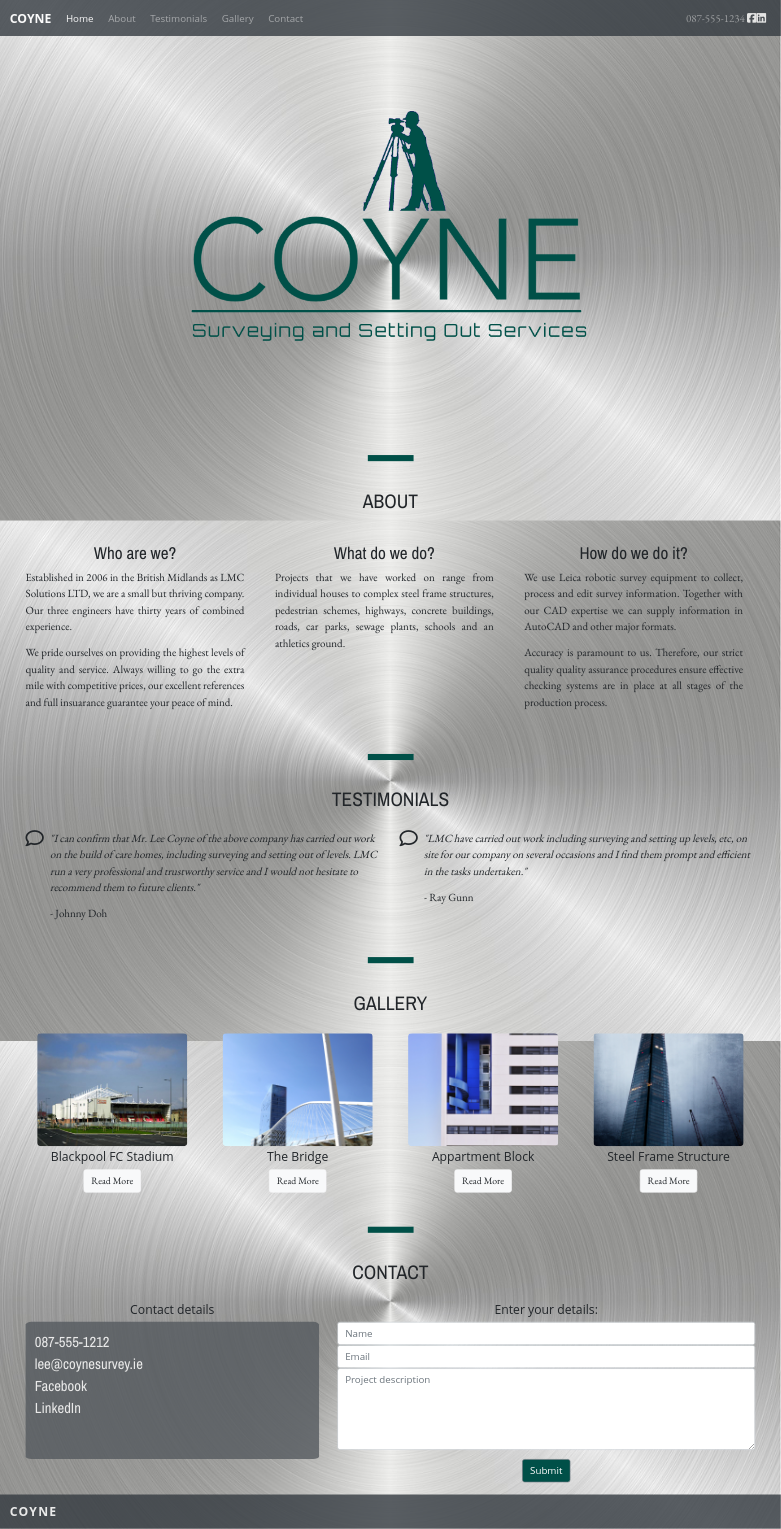
Repository: Leo-Cullen/first-milestone-project
Page: index.html
The author's editor kept a record of every edit. The page is drawn from the files as they stood at one moment, then again after the next edit.
The browser window is 1280 px wide. The pictures show the whole page, at 61% of full size.
Backgrounds fixed to the window are drawn as part of the page. Some web libraries are served in a nearby version.

Above is the page before.

### index.html
<!DOCTYPE html>
<html lang="en">

<head>
    <meta charset="UTF-8">
    <meta name="viewport" content="width=device-width, initial-scale=1.0">
    <meta http-equiv="X-UA-Compatible" content="ie=edge">
    <link rel="stylesheet" href="https://stackpath.bootstrapcdn.com/bootstrap/4.3.1/css/bootstrap.min.css" integrity="sha384-ggOyR0iXCbMQv3Xipma34MD+dH/1fQ784/j6cY/iJTQUOhcWr7x9JvoRxT2MZw1T" crossorigin="anonymous">
    <link href="https://fonts.googleapis.com/css?family=Archivo+Narrow|EB+Garamond&display=swap" rel="stylesheet">
    <link rel="stylesheet" href="assets/css/style.css" type="text/css" />
    <title>Coyne | Surveying and setting out services</title>
    <script src="https://kit.fontawesome.com/c525f812d6.js"></script>
</head>

<body>

    <nav class="navbar top-navbar navbar-expand-sm navbar-dark bg-dark fixed-top">
        <a class="navbar-brand" href="#"> COYNE </a>

        <button class="navbar-toggler" type="button" data-toggle="collapse" data-target="#navbarNav" aria-controls="navbarNav" aria-expanded="false" aria-label="Toggle navigation">
            <span class="navbar-toggler-icon"></span>
        </button>
        <div class="collapse navbar-collapse" id="navbarNav">
            <ul class="navbar-nav mr-auto">
                <li class="nav-item active">
                    <a class="active nav-link mr-2" href="#">Home <span class="sr-only">(current)</span></a>
                </li>
                <li class="nav-item mr-2">
                    <a class="nav-link" href="#about">About</a>
                </li>
                <li class="nav-item mr-2">
                    <a class="nav-link" href="#testimonials">Testimonials</a>
                </li>
                <li class="nav-item mr-2">
                    <a class="nav-link" href="#gallery-anchor">Gallery</a>
                </li>
                <li class="nav-item mr-2">
                    <a class="nav-link" href="#contact">Contact</a>
                </li>
            </ul>
            <div class="d-none d-md-block">
                <p class="navbar-text my-auto mr-2">087-555-1234 <i class="fab fa-facebook-square icon"></i><i class="fab fa-linkedin icon"></i></p>
            </div>
        </div>
    </nav>

    <div class="container-fluid  splash-container">
        <div class="row">
            <div class="col-12">
                <section class="splash jumbotron">
                    <img src="assets/images/coyne-logo.png" width="100%" height="100%" style="margin-top:100px" />
                    <!--  -->
                </section>
            </div>
        </div>
    </div>

    <div class="container-fluid about-container content-container">
        <!-- About section -->
        <hr id="about" />
        <section class="about-section">
            <div class="row">
                <div class="col-12 page-header">
                    <h2 class="text-uppercase section-heading">About</h2>
                </div>
            </div>
            <div class="row">
                <div class="col-12 col-md-6 col-lg-4">
                    <div class="about-col">
                        <h3 class="about-heading">Who are we?</h3>
                        <p>Established in 2006 in the British Midlands as LMC Solutions LTD, we are a small but thriving company. Our three engineers have thirty years of combined experience.</p>
                        <p>We pride ourselves on providing the highest levels of quality and service. Always willing to go the extra mile with competitive prices, our excellent references and full insuarance guarantee your peace of mind.</p>
                    </div>
                </div>
                <div class="col-12 col-md-6 col-lg-4">
                    <div class="about-col">
                        <h3 class="about-heading">What do we do?</h3>
                        <p>Projects that we have worked on range from individual houses to complex steel frame structures, pedestrian schemes, highways, concrete buildings, roads, car parks, sewage plants, schools and an athletics ground.</p>
                    </div>
                </div>
                <div class="col-12 col-md-6 col-lg-4">
                    <div class="about-col">
                        <h3 class="about-heading">How do we do it?</h3>
                        <p>We use Leica robotic survey equipment to collect, process and edit survey information. Together with our CAD expertise we can supply information in AutoCAD and other major formats.</p>
                        <p>Accuracy is paramount to us. Therefore, our strict quality quality assurance procedures ensure effective checking systems are in place at all stages of the production process.</p>
                    </div>
                </div>
            </div>
        </section>
        <!-- / About section -->
    </div>
    <!-- / About container -->

    <div class="container-fluid testimonials-container content-container">
        <!-- Testimonials section -->
        <hr id="testimonials" />
        <section class="testimonials">
            <div class="row">
                <div class="col-12 page-header">
                    <h2 class="text-uppercase section-heading">Testimonials</h2>
                </div>
            </div>
            <div class="row">
                <div class="col-12 col-md-6">
                    <div class="media">
                        <i class="far fa-comment" class="mr-3"></i>
                        <blockquote class="blockquote">
                            <p class="quote">"I can confirm that Mr. Lee Coyne of the above company has carried out work on the build of care homes, including surveying and setting out of levels. LMC run a very professional and trustworthy service and I would not hesitate
                                to recommend them to future clients."</p>
                            <p>- Johnny Doh</p>
                        </blockquote>
                    </div>
                </div>
                <div class="col-12 col-md-6">
                    <div class="media">
                        <i class="far fa-comment" class="mr-3"></i>
                        <blockquote class="blockquote">
                            <p class="quote">"LMC have carried out work including surveying and setting up levels, etc, on site for our company on several occasions and I find them prompt and efficient in the tasks undertaken."</p>
                            <p>- Ray Gunn</p>
                        </blockquote>
                    </div>
                </div>
            </div>
        </section>
        <!-- / Testimonials section -->
    </div>
    <!-- / Testimonials container -->

    <!-- Gallery container -->
    <div class="container-fluid gallery-container content-container">
        <hr id="gallery-anchor" />
        <section class="gallery">
            <div class="row">
                <div class="col-12 page-header">
                    <h2 class="text-uppercase section-heading">Gallery</h2>
                </div>
            </div>
            <div class="row">
                <div class="col-md-6 col-xl-3">
                    <img class="img-responsive" src="assets/images/blackpool-fc.jpg" />
                    <h5>Blackpool FC Stadium</h5>
                    <p><a class="btn btn-small btn-light" href="#">Read More</a></p>
                </div>
                <div class="col-md-6 col-xl-3">
                    <img class="img-responsive" src="assets/images/bridge-640x480.jpg" />
                    <h5>The Bridge</h5>
                    <p><a class="btn btn-small btn-light" href="#">Read More</a></p>
                </div>
                <div class="col-md-6 col-xl-3">
                    <img class="img-responsive" src="assets/images/appartments-640x480.jpg" />
                    <h5>Appartment Block</h5>
                    <p><a class="btn btn-small btn-light" href="#">Read More</a></p>
                </div>
                <div class="col-md-6 col-xl-3">
                    <img class="img-responsive" src="assets/images/skyscraper-640x480.jpg" />
                    <h5>Steel Frame Structure</h5>
                    <p><a class="btn btn-small btn-light" href="#">Read More</a></p>
                </div>
            </div>
        </section>
    </div>
    <!-- / Gallery container -->

    <!-- Contact container -->
    <div class="container-fluid contact-container content-container">
        <hr id="contact" />
        <section class="contact-section">
            <div class="row">
                <div class="col-12 page-header">
                    <h2 class="text-uppercase section-heading">CONTACT</h2>
                </div>
            </div>
            <div class="row bg-color-contact">

                <div class="col-md-5">
                    <h5 class="uppercase text-center">Contact details</h5>
                    <div class="contact-details">
                        <span>087-555-1212</span>
                        <span>lee@coynesurvey.ie</span>
                        <span><a class="contact-link" href="https://www.facebook.com" target="_blank">Facebook</a></span>
                        <span><a class="contact-link" href="https://www.linkedin.com" target="_blank">LinkedIn</a></span>
                        <p></p>
                        <p></p>
                        <p></p>
                    </div>

                </div>
                <div class="col-md-7 center-form">
                    <h5 class="uppercase text-center">Enter your details:</h5>
                    <form>
                        <input type="text" name="name" id="fullname" class="form-control" placeholder="Name" required />
                        <input type="email" name="email" id="emailaddress" class="form-control" placeholder="Email" required />
                        <textarea rows="5" name="projectsummary" id="projectsummary" class="form-control" placeholder="Project description" required></textarea>
                        <div class="form-row text-center">
                            <div class="col">
                                <button type="submit" class="btn btn-secondary">Submit</button>
                            </div>
                        </div>
                    </form>
                </div>
            </div>

        </section>
    </div>
    <!-- / Contact container -->

    <!-- Footer -->
    <nav class="navbar bottom-navbar navbar-expand-sm navbar-dark bg-dark">
        <a class="navbar-brand" href="#">COYNE</a>
    <!-- / Footer -->

    <script src="https://code.jquery.com/jquery-3.3.1.slim.min.js" integrity="sha384-q8i/X+965DzO0rT7abK41JStQIAqVgRVzpbzo5smXKp4YfRvH+8abtTE1Pi6jizo" crossorigin="anonymous"></script>
    <script src="https://cdnjs.cloudflare.com/ajax/libs/popper.js/1.14.7/umd/popper.min.js" integrity="sha384-UO2eT0CpHqdSJQ6hJty5KVphtPhzWj9WO1clHTMGa3JDZwrnQq4sF86dIHNDz0W1" crossorigin="anonymous"></script>
    <script src="https://stackpath.bootstrapcdn.com/bootstrap/4.3.1/js/bootstrap.min.js" integrity="sha384-JjSmVgyd0p3pXB1rRibZUAYoIIy6OrQ6VrjIEaFf/nJGzIxFDsf4x0xIM+B07jRM" crossorigin="anonymous"></script>

</body>

</html>

### assets/css/style.css
/*body,html {
    height: 100%;
    width:100%;
    margin: 0px;
}
*/
body {
    font-family: "Open Sans", sans-serif;
    background: url(../images/circular-metal-960x720.jpg) no-repeat center center fixed;
    -webkit-background-size: cover;
    -moz-background-size: cover;
    -o-background-size: cover;
    background-size: cover;


    overflow-x: hidden; /* remove horizontal scrollbar */
}

h1,h2,h3 {
    font-family: 'Archivo Narrow', sans-serif;
}

p {
    font-family: 'EB Garamond', serif;
    font-size: large;
}

/*------------------------------------------------------------------- navbar */

.navbar {
    opacity: 0.8;
}

.navbar-brand {
    font-weight: bold;
}

.top-navbar i {
    font-size: large;
    color: #f8f8f8;
}

.top-navbar i:hover {
    font-weight: bold;
    color: #999c9d !important;
}

.navbar-toggler {
    background-color: #005048;
}


/*-------------------------------------------------------------------general styles */

.page-header {
    margin-top: 0;
    margin-bottom: 0;
    text-align: center;
}

.page-header h2 {
    margin-top: 30px;
    margin-bottom: 30px;
}

hr {
    width: 75px;
    height: 10px;
    border: 0;
    background-color: #005048; /* dark green */
}

.section-heading {
    text-align: center;
}

.content-container {
    margin-bottom: 20px;
    margin: 0 auto;
    max-width: 95%; /* keep all content within screen  */
}

/*------------------------------------------------------------------- splash */

.splash-container {
     height: 100vh;
    display: flex;
    align-items: center;
    justify-content: center;
    position: relative;
}


.jumbotron {
   background-color: transparent;
   margin: 0;
}

/*------------------------------------------------------------------- about */

.about-container {
    margin-top: 00px;
    padding: 10px;
}

.about-col {
    padding-top: 20px;
    padding-right: 20px;
}

.about-heading {
    text-align: center;
}

.about-col p {
    text-align: justify;
}

/*-------------------------------------------------------------------testimonials */

.testimonials-container {
    margin-top: 20px;
    padding: 10px;
}

.quote {
    font-style: italic;
}

.testimonials i {
    font-size: 30px;
    margin-right: 10px;
}

/*-------------------------------------------------------------------gallery */

.gallery-container {
    text-align: center;
}

.gallery-container img {
    border-radius: 3%;
    /* border: solid 3px #525252; */
}

.gallery-container h5 {
    padding-top: 6px;
}

.gallery-container p {
    margin-bottom: 30px;
}

/*-------------------------------------------------------------------contact */

.contact-container {
    padding: 10px;
    text-align: center;
    padding-bottom: 0;
}

.img-responsive {
    max-width: 90%;
}

.contact-container i {
    font-size: 20px;
}

.contact-container p {
    font-size: 24px;
    letter-spacing: 2px;
}

.contact-details {
    background-color: #555a5f;
    opacity: 0.8;
}

.center-form .contact-details {
    padding-top: 10px;
    margin: 0 auto;
    max-width: 65%;
}

.contact-details {
    border-radius: 2%;
    text-align: left;
    padding-left: 15px;
    padding-top: 15px;
    padding-bottom: 50px;
    color: #fff;

}

.contact-details span {
    display: block;
    padding: 0;
    font-family: 'Archivo Narrow', sans-serif;
    font-size: x-large;
}


.contact-details a {
    color: #fff;
}

.contact-details a:hover {
    color: #999c9d;
    text-decoration: none;
}

button[type="submit"] {
    margin-top: 15px;
    margin-bottom: 20px;
    background-color: #005048;
}

.bottom-navbar {
    margin: 0;
    letter-spacing: 2px;
    opacity: 0.8;
}

After the next edit:
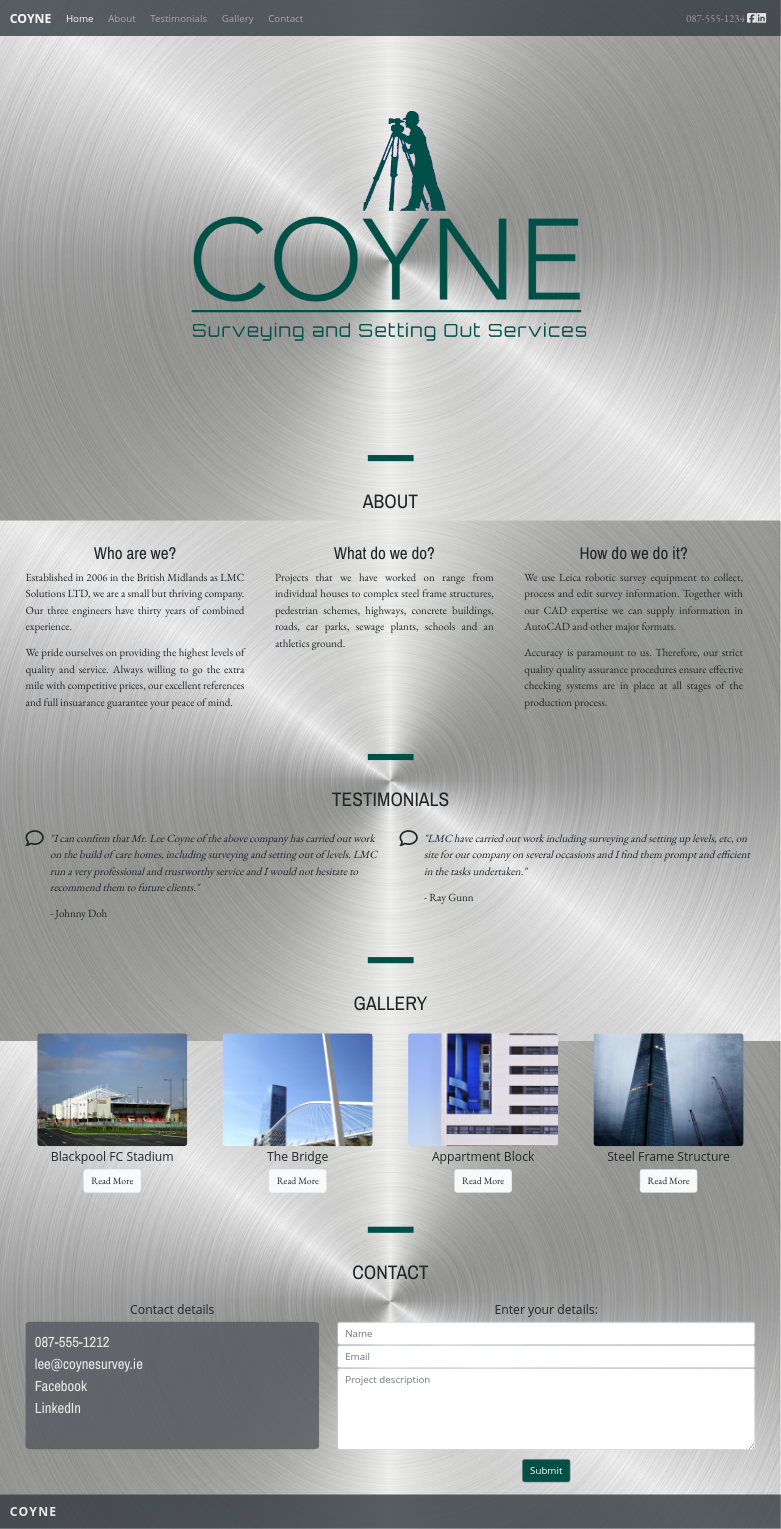
The edit:
--- a/index.html
+++ b/index.html
@@ -179,9 +179,6 @@
                         <span>lee@coynesurvey.ie</span>
                         <span><a class="contact-link" href="https://www.facebook.com" target="_blank">Facebook</a></span>
                         <span><a class="contact-link" href="https://www.linkedin.com" target="_blank">LinkedIn</a></span>
-                        <p></p>
-                        <p></p>
-                        <p></p>
                     </div>
 
                 </div>
